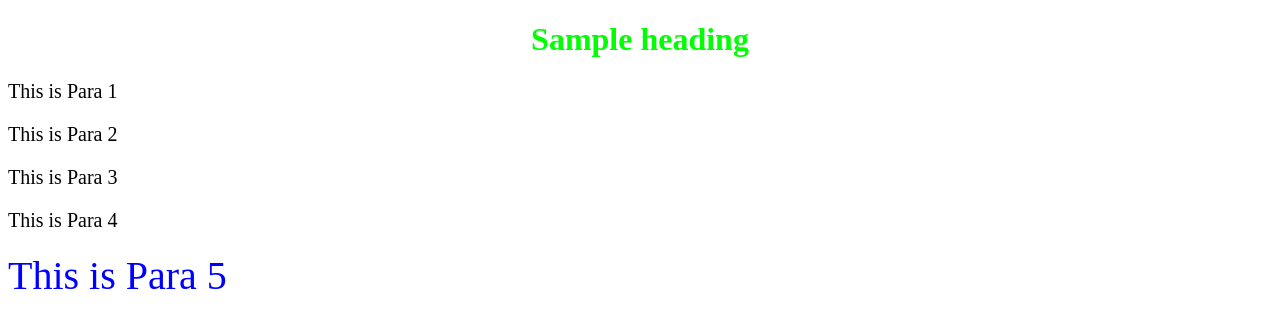
Repository: jbn-aman/wiprobatch1
Page: project/work/html/mywebapp/public/pages/cssdemo.html
The author's editor kept a copy of each file at every save. The page is drawn from the files as they stood at one save, then again after the next save.
The browser window is 1280 px wide. The pictures show the whole page.

Above is the page before, as saved 2024-04-01 12:04:43.

After the next save:
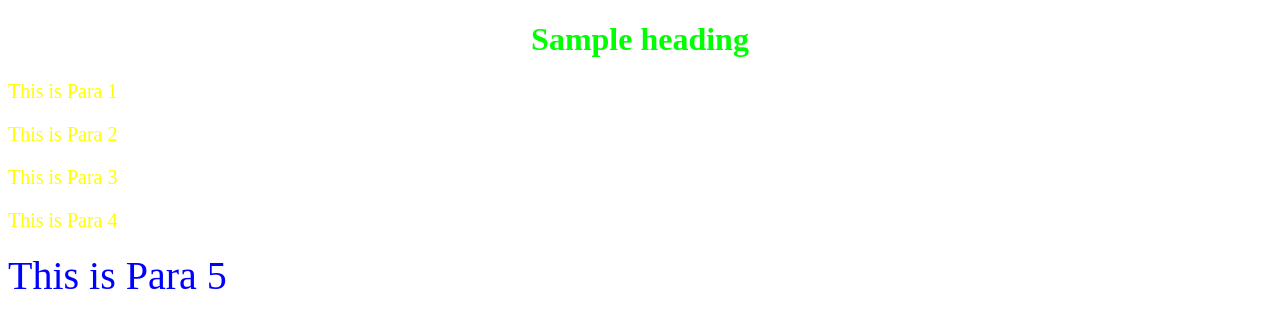
Saved 21 s later.
--- a/project/work/html/mywebapp/public/pages/cssdemo.html
+++ b/project/work/html/mywebapp/public/pages/cssdemo.html
@@ -12,6 +12,7 @@
 }
 
 p {
+	color:yellow;
 	font-size :20px;
   	}
 

After the save that followed:
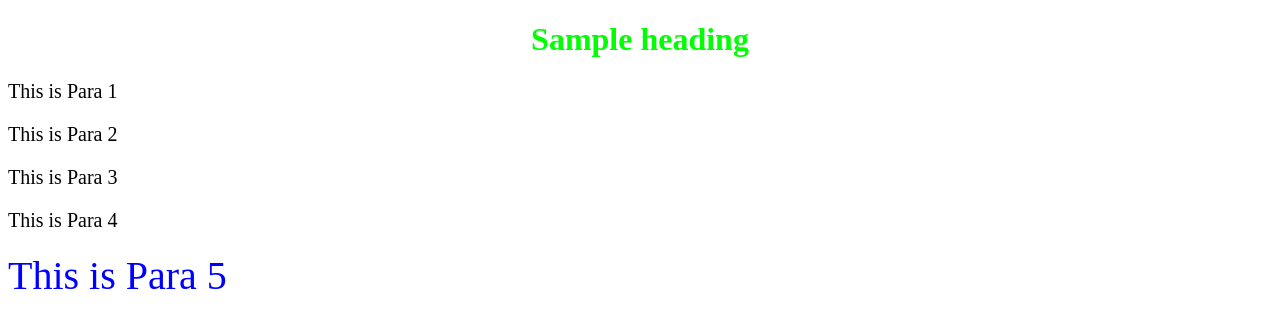
Saved 9 s later.
--- a/project/work/html/mywebapp/public/pages/cssdemo.html
+++ b/project/work/html/mywebapp/public/pages/cssdemo.html
@@ -12,7 +12,7 @@
 }
 
 p {
-	color:yellow;
+	color:Ash;
 	font-size :20px;
   	}
 
